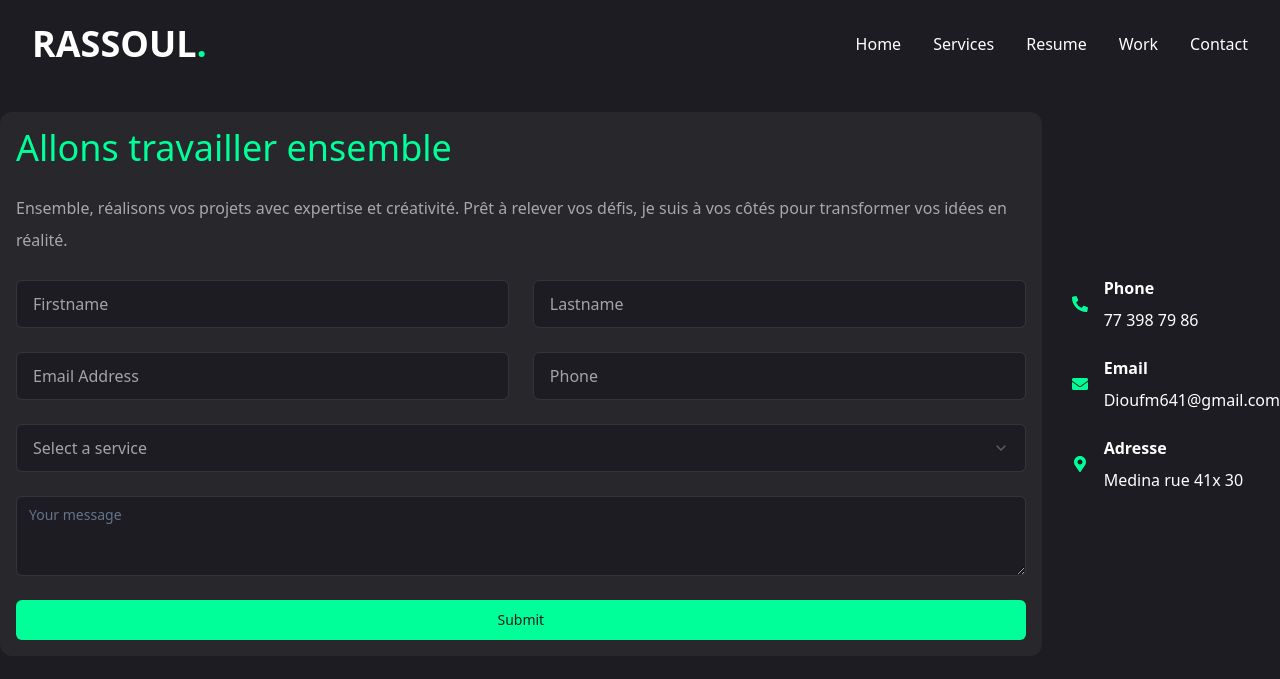
Repository: MDiouf9/portfolio2
Page: /contact
The author's editor kept a copy of each file at every save. The page is drawn from the files as they stood at one save, then again after the next save.
The browser window is 1280 px wide. The pictures show the whole page.
The project was rebuilt for these pictures with package versions that can differ from the ones it lists, and the page was loaded fresh each time. The framework's server and built-in components were replaced by stand-ins that run in the browser. Also part of the build but not shown: next.config.mjs.

Above is the page before, as saved 2024-10-16 00:03:22.

### src/app/contact/page.tsx
"use client"
import { Button } from '@/components/ui/button';
import { Input } from '@/components/ui/input';
import { Textarea } from '@/components/ui/textarea';
import {
  Select,
  SelectContent,
  SelectGroup,
  SelectItem,
  SelectLabel,
  SelectTrigger,
  SelectValue
} from '@/components/ui/select';
import { FaPhoneAlt, FaEnvelope, FaMapMarkerAlt } from 'react-icons/fa';
import { motion } from 'framer-motion';

const info = [
  {
    icon: <FaPhoneAlt />,
    title: 'Phone',
    description: '77 398 79 86'
  },
  {
    icon: <FaEnvelope />,
    title: 'Email',
    description: 'Dioufm641@gmail.com'
  },
  {
    icon: <FaMapMarkerAlt />,
    title: 'Adresse',
    description: 'Medina rue 41x 30'
  }
];

const Contact = () => {
  return (
    <motion.section
      initial={{ opacity: 0 }}
      animate={{
        opacity: 1,
        transition: { delay: 2.4, duration: 0.4, ease: 'easeIn' },
      }}
      className="py-6"
    >
      <div className="w-full">
        <div className="flex flex-col   xl:flex-row gap-[30px]">
          {/* Formulaire de contact */}
          <div className="  xl:h-[54%] order-2  xl:order-none ">
            <form className="flex flex-col justify-center gap-6 p-4 bg-[#27272c] rounded-xl ">
              <h3 className="text-4xl text-accent"> Allons travailler ensemble</h3>
              <p className="text-white/60">


Ensemble, réalisons vos projets avec expertise et créativité. Prêt à relever vos défis, je suis à vos côtés pour transformer vos idées en réalité.
              </p>
              <div className="grid grid-cols-1 md:grid-cols-2 gap-6">
                <Input type="text" placeholder="Firstname" />
                <Input type="text" placeholder="Lastname" />
                <Input type="email" placeholder="Email Address" />
                <Input type="tel" placeholder="Phone" />
              </div>
              <Select>
                <SelectTrigger className="w-full">
                  <SelectValue placeholder="Select a service" />
                </SelectTrigger>
                <SelectContent>
                  <SelectGroup>
                    <SelectLabel>Select a service</SelectLabel>
                    <SelectItem value="est">Web Development</SelectItem>
                    <SelectItem value="cst">Mobile Development</SelectItem>
                  </SelectGroup>
                </SelectContent>
              </Select>
              <Textarea className='h-[200px]:' placeholder="Your message" />
              <Button>Submit</Button>
            </form>
          </div>

          {/* Section avec les informations de contact */}
          <div className="flex-1 flex items-center xl:justify-end order-1 xl:order-none mb-8 xl:mb-0">
            <div className="space-y-4 text-white">
              {info.map((item, index) => (
                <div key={index} className="flex items-center space-x-4">
                  <div className="text-accent">{item.icon}</div>
                  <div>
                    <h4 className="font-bold">{item.title}</h4>
                    <p>{item.description}</p>
                  </div>
                </div>
              ))}
            </div>
          </div>
        </div>
      </div>
    </motion.section>
  );
};

export default Contact;

### src/components/Header.tsx
import Link from 'next/link';
import { Button } from './ui/button';
import React from 'react';
import Nav from './Nav';
import MobileNav from './MobileNav';

const Header = () => {
  return (
    <header className='bg-dark py-3 xl:py-6 text-white w-full'>
      {/* Wrapper pour le contenu du header */}
      <div className='flex items-center justify-between px-4 md:px-8'>
        {/* Logo */}
        <Link href="/">
          <h1 className='text-3xl md:text-4xl font-semibold'>
            RASSOUL<span className='text-accent'>.</span>
          </h1>
        </Link>

        {/* Menu de navigation pour les grands écrans */}
        <div className="hidden xl:flex items-center gap-8">
          <Nav />
          {/* <Link href="/Contact">
            <Button>Hire Me</Button>
          </Link> */}
        </div>

        {/* Menu mobile (uniquement visible sur petits écrans) */}
        <div className='xl:hidden'>
          <MobileNav />
        </div>
      </div>
    </header>
  );
};

export default Header;

### src/components/ui/button.tsx
import * as React from "react";
import { Slot } from "@radix-ui/react-slot";
import { cva, type VariantProps } from "class-variance-authority";

import { cn } from "@/lib/utils";

// Définit les variantes directement dans l'objet variants
const buttonVariants = cva(
  "inline-flex items-center justify-center whitespace-nowrap rounded-md text-sm font-medium ring-offset-white transition-colors focus-visible:outline-none focus-visible:ring-2 focus-visible:ring-slate-950 focus-visible:ring-offset-2 disabled:pointer-events-none disabled:opacity-50 dark:ring-offset-slate-950 dark:focus-visible:ring-slate-300",
  {
    variants: {
      variant: {
        default: "bg-accent text-primary hover:bg-accent-hover",
        outline: "border border-slate-300 text-slate-700 hover:bg-accent-hover",
      },
      size: {
        default: "h-10 px-4 py-2",
        sm: "h-9 rounded-md px-3",
        lg: "h-11 rounded-md px-8",
        icon: "h-10 w-10",
      },
    },
    defaultVariants: {
      variant: "default",
      size: "default",
    },
  }
);

// Interface ButtonProps
export interface ButtonProps
  extends React.ButtonHTMLAttributes<HTMLButtonElement>,
    VariantProps<typeof buttonVariants> {
  asChild?: boolean;
}

const Button = React.forwardRef<HTMLButtonElement, ButtonProps>(
  ({ className, variant, size, asChild = false, ...props }, ref) => {
    const Comp = asChild ? Slot : "button";
    return (
      <Comp
        className={cn(buttonVariants({ variant, size, className }))}
        ref={ref}
        {...props}
      />
    );
  }
);
Button.displayName = "Button";

export { Button, buttonVariants };

### src/components/ui/input.tsx
import * as React from "react"

import { cn } from "@/lib/utils"

export interface InputProps
  extends React.InputHTMLAttributes<HTMLInputElement> {}

const Input = React.forwardRef<HTMLInputElement, InputProps>(
  ({ className, type, ...props }, ref) => {
    return (
      <input
        type={type}
        className={cn( 'flex h-[48px] rounded-md border border-white/10 focus:border-accent font-light bg-primary px-4 py-5  text-base placeholder:text-white/60 outline-none',

          className
        )}
        ref={ref}
        {...props}
      />
    )
  }
)
Input.displayName = "Input"

export { Input }

### src/components/ui/textarea.tsx
import * as React from "react"

import { cn } from "@/lib/utils"

export interface TextareaProps
  extends React.TextareaHTMLAttributes<HTMLTextAreaElement> {}

const Textarea = React.forwardRef<HTMLTextAreaElement, TextareaProps>(
  ({ className, ...props }, ref) => {
    return (
      <textarea
        className={cn(
          "flex min-h-[80px] w-full rounded-md border border-white/10 bg-primary px-3 py-2 text-sm ring-offset-white placeholder:text-slate-500 focus-visible:outline-none focus-visible:ring-2 focus-visible:ring-accent focus-visible:ring-offset-2 disabled:cursor-not-allowed disabled:opacity-50 dark:border-slate-800 dark:bg-slate-950 dark:ring-offset-slate-950 dark:placeholder:text-slate-400 dark:focus-visible:ring-slate-300",
          className
        )}
        ref={ref}
        {...props}
      />
    )
  }
)
Textarea.displayName = "Textarea"

export { Textarea }

### src/components/ui/select.tsx
"use client"

import * as React from "react"
import * as SelectPrimitive from "@radix-ui/react-select"
import { Check, ChevronDown, ChevronUp } from "lucide-react"

import { cn } from "@/lib/utils"

const Select = SelectPrimitive.Root

const SelectGroup = SelectPrimitive.Group

const SelectValue = SelectPrimitive.Value

const SelectTrigger = React.forwardRef<
  React.ElementRef<typeof SelectPrimitive.Trigger>,
  React.ComponentPropsWithoutRef<typeof SelectPrimitive.Trigger>
>(({ className, children, ...props }, ref) => (
  <SelectPrimitive.Trigger
    ref={ref}
    className={cn(
      "flex h-[48px] w-full items-center justify-between rounded-md border border-white/10 bg-primary px-4 py-5 text-base text-white/60 placeholder:text-white/10 focus:outline-none focus:ring-2 focus:border-accent outline-none",
      className
    )}
    {...props}
  >
    {children}
    <SelectPrimitive.Icon asChild>
      <ChevronDown className="h-4 w-4 opacity-50" />
    </SelectPrimitive.Icon>
  </SelectPrimitive.Trigger>
))
SelectTrigger.displayName = SelectPrimitive.Trigger.displayName

const SelectScrollUpButton = React.forwardRef<
  React.ElementRef<typeof SelectPrimitive.ScrollUpButton>,
  React.ComponentPropsWithoutRef<typeof SelectPrimitive.ScrollUpButton>
>(({ className, ...props }, ref) => (
  <SelectPrimitive.ScrollUpButton
    ref={ref}
    className={cn(
      "flex cursor-default items-center justify-center py-1",
      className
    )}
    {...props}
  >
    <ChevronUp className="h-4 w-4" />
  </SelectPrimitive.ScrollUpButton>
))
SelectScrollUpButton.displayName = SelectPrimitive.ScrollUpButton.displayName

const SelectScrollDownButton = React.forwardRef<
  React.ElementRef<typeof SelectPrimitive.ScrollDownButton>,
  React.ComponentPropsWithoutRef<typeof SelectPrimitive.ScrollDownButton>
>(({ className, ...props }, ref) => (
  <SelectPrimitive.ScrollDownButton
    ref={ref}
    className={cn(
      "flex cursor-default items-center justify-center py-1",
      className
    )}
    {...props}
  >
    <ChevronDown className="h-4 w-4" />
  </SelectPrimitive.ScrollDownButton>
))
SelectScrollDownButton.displayName =
  SelectPrimitive.ScrollDownButton.displayName

const SelectContent = React.forwardRef<
  React.ElementRef<typeof SelectPrimitive.Content>,
  React.ComponentPropsWithoutRef<typeof SelectPrimitive.Content>
>(({ className, children, position = "popper", ...props }, ref) => (
  <SelectPrimitive.Portal>
    <SelectPrimitive.Content
      ref={ref}
      className={cn(
        "relative z-50 max-h-96 min-w-[8rem] overflow-hidden rounded-md border border-accent bg-primary text-white/60 shadow-md data-[state=open]:animate-in data-[state=closed]:animate-out data-[state=closed]:fade-out-0 data-[state=open]:fade-in-0 data-[state=closed]:zoom-out-95 data-[state=open]:zoom-in-95 data-[side=bottom]:slide-in-from-top-2 data-[side=left]:slide-in-from-right-2 data-[side=right]:slide-in-from-left-2 data-[side=top]:slide-in-from-bottom-2 dark:border-slate-800 dark:bg-slate-950 dark:text-slate-50",
        position === "popper" &&
          "data-[side=bottom]:translate-y-1 data-[side=left]:-translate-x-1 data-[side=right]:translate-x-1 data-[side=top]:-translate-y-1",
        className
      )}
      position={position}
      {...props}
    >
      <SelectScrollUpButton />
      <SelectPrimitive.Viewport
        className={cn(
          "p-1",
          position === "popper" &&
            "h-[var(--radix-select-trigger-height)] w-full min-w-[var(--radix-select-trigger-width)]"
        )}
      >
        {children}
      </SelectPrimitive.Viewport>
      <SelectScrollDownButton />
    </SelectPrimitive.Content>
  </SelectPrimitive.Portal>
))
SelectContent.displayName = SelectPrimitive.Content.displayName

const SelectLabel = React.forwardRef<
  React.ElementRef<typeof SelectPrimitive.Label>,
  React.ComponentPropsWithoutRef<typeof SelectPrimitive.Label>
>(({ className, ...props }, ref) => (
  <SelectPrimitive.Label
    ref={ref}
    className={cn("py-1.5 pl-8 pr-2 text-sm font-semibold", className)}
    {...props}
  />
))
SelectLabel.displayName = SelectPrimitive.Label.displayName

const SelectItem = React.forwardRef<
  React.ElementRef<typeof SelectPrimitive.Item>,
  React.ComponentPropsWithoutRef<typeof SelectPrimitive.Item>
>(({ className, children, ...props }, ref) => (
  <SelectPrimitive.Item
    ref={ref}
    className={cn(
      "relative flex w-full cursor-default select-none items-center rounded-sm py-1.5 pl-8 pr-2 text-sm outline-none focus:bg-accent focus:text-slate-900 data-[disabled]:pointer-events-none data-[disabled]:opacity-50 dark:focus:bg-slate-800 dark:focus:text-accent",
      className
    )}
    {...props}
  >
    <span className="absolute left-2 flex h-3.5 w-3.5 items-center justify-center">
      <SelectPrimitive.ItemIndicator>
        <Check className="h-4 w-4" />
      </SelectPrimitive.ItemIndicator>
    </span>

    <SelectPrimitive.ItemText>{children}</SelectPrimitive.ItemText>
  </SelectPrimitive.Item>
))
SelectItem.displayName = SelectPrimitive.Item.displayName

const SelectSeparator = React.forwardRef<
  React.ElementRef<typeof SelectPrimitive.Separator>,
  React.ComponentPropsWithoutRef<typeof SelectPrimitive.Separator>
>(({ className, ...props }, ref) => (
  <SelectPrimitive.Separator
    ref={ref}
    className={cn("-mx-1 my-1 h-px bg-slate-100 dark:bg-slate-800", className)}
    {...props}
  />
))
SelectSeparator.displayName = SelectPrimitive.Separator.displayName

export {
  Select,
  SelectGroup,
  SelectValue,
  SelectTrigger,
  SelectContent,
  SelectLabel,
  SelectItem,
  SelectSeparator,
  SelectScrollUpButton,
  SelectScrollDownButton,
}

### src/components/Nav.tsx
"use client"
import React from 'react'
import Link from 'next/link'
import { usePathname } from 'next/navigation'



const links =[
        {
            name: "Home",
            path: "/",
        },
        {
            name: "Services",
            path: "/Services",
        },
        {
            name: "Resume",
            path: "/Resume",
        },
        {
            name: "work",
            path: "/Work",
        },
        {
            name: "Contact",
            path: "/Contact",
        },
    ]
 const Nav = () => {
  const  pathname = usePathname();
  return (
    <nav className=' flex gap-8'>
        {links.map((link,index) => {
            return (
                <Link href={link.path} key={index} className={`${link.path === pathname && "text-accent border-b-2 border-accent"} capitalize font-medium hover:text-accent transition-all`}>
                    {link.name}
                </Link>
            );
        })}

    </nav>
  );
}
export default Nav

### src/components/MobileNav.tsx
"use client";
import React from 'react'
import {Sheet ,  SheetContent, SheetTrigger, } from '@/components/ui/sheet'
import { usePathname } from 'next/navigation';
import Link from 'next/link';
import {CiMenuFries} from "react-icons/ci"

const links =[
  {
    name: "Home",
    path: "/",
},
{
    name: "Services",
    path: "/Services",
},
{
    name: "Resume",
    path: "/Resume",
},
{
    name: "work",
    path: "/Work",
},
{
    name: "Contact",
    path: "/Contact",
},
]

const MobileNav = () => {
  const pathname = usePathname();
  return (
    <Sheet>
<SheetTrigger className='flex justify-center items-center'>
  <CiMenuFries  className=' text-[32px] text-accent'/>
</SheetTrigger>
<SheetContent  className='flex flex-col'>

     <div className=' mt-32 mb-40 text-center txt-2xl'>
     <h1> MOUHAMED<span className='text-accent'>.</span> <em className='text-accent'>DIOUF</em></h1>

     </div>
     <nav className='flex flex-col justify-center items-center gap-8'>
{links.map((link,index)=>{
  return (
    <Link href={link.path} key={index} className={`${link.path === pathname && "text-accent border-b-2 border-accent"} capitalize font-medium hover:text-accent transition-all`}>
      {link.name}


    </Link>
  )
})

}
     </nav>
     </SheetContent>
    </Sheet>
  )
}

export default MobileNav

### src/components/ui/sheet.tsx
"use client"

import * as React from "react"
import * as SheetPrimitive from "@radix-ui/react-dialog"
import { cva, type VariantProps } from "class-variance-authority"
import {IoMdClose} from 'react-icons/io'

import { cn } from "@/lib/utils"

const Sheet = SheetPrimitive.Root

const SheetTrigger = SheetPrimitive.Trigger

const SheetClose = SheetPrimitive.Close

const SheetPortal = SheetPrimitive.Portal

const SheetOverlay = React.forwardRef<
  React.ElementRef<typeof SheetPrimitive.Overlay>,
  React.ComponentPropsWithoutRef<typeof SheetPrimitive.Overlay>
>(({ className, ...props }, ref) => (
  <SheetPrimitive.Overlay
    className={cn(
      "fixed inset-0 z-50 bg-black/80  data-[state=open]:animate-in data-[state=closed]:animate-out data-[state=closed]:fade-out-0 data-[state=open]:fade-in-0",
      className
    )}
    {...props}
    ref={ref}
  />
))
SheetOverlay.displayName = SheetPrimitive.Overlay.displayName

const sheetVariants = cva(
  "fixed z-50 gap-4 bg-primary p-6 shadow-lg transition ease-in-out data-[state=open]:animate-in data-[state=closed]:animate-out data-[state=closed]:duration-300 data-[state=open]:duration-500 dark:bg-slate-950",
  {
    variants: {
      side: {
        top: "inset-x-0 top-0 border-b data-[state=closed]:slide-out-to-top data-[state=open]:slide-in-from-top",
        bottom:
          "inset-x-0 bottom-0 border-t data-[state=closed]:slide-out-to-bottom data-[state=open]:slide-in-from-bottom",
        left: "inset-y-0 left-0 h-full w-3/4  data-[state=closed]:slide-out-to-left data-[state=open]:slide-in-from-left sm:max-w-sm",
        right:
          "inset-y-0 right-0 h-full w-3/4   data-[state=closed]:slide-out-to-right data-[state=open]:slide-in-from-right sm:max-w-sm",
      },
    },
    defaultVariants: {
      side: "right",
    },
  }
)

interface SheetContentProps
  extends React.ComponentPropsWithoutRef<typeof SheetPrimitive.Content>,
    VariantProps<typeof sheetVariants> {}

const SheetContent = React.forwardRef<
  React.ElementRef<typeof SheetPrimitive.Content>,
  SheetContentProps
>(({ side = "right", className, children, ...props }, ref) => (
  <SheetPortal>
    <SheetOverlay />
    <SheetPrimitive.Content
      ref={ref}
      className={cn(sheetVariants({ side }), className)}
      {...props}
    >
      {children}
      <SheetPrimitive.Close className="absolute right-4 top-4 rounded-sm opacity-70 ring-offset-white transition-opacity hover:opacity-100 focus:outline-none focus:ring-2 focus:ring-slate-950 focus:ring-offset-2 disabled:pointer-events-none data-[state=open]:bg-slate-100 dark:ring-offset-slate-950 dark:focus:ring-slate-300 dark:data-[state=open]:bg-slate-800">
        <IoMdClose className="text-3xl text-accent" />
        <span className="sr-only">Close</span>
      </SheetPrimitive.Close>
    </SheetPrimitive.Content>
  </SheetPortal>
))
SheetContent.displayName = SheetPrimitive.Content.displayName

const SheetHeader = ({
  className,
  ...props
}: React.HTMLAttributes<HTMLDivElement>) => (
  <div
    className={cn(
      "flex flex-col space-y-2 text-center sm:text-left",
      className
    )}
    {...props}
  />
)
SheetHeader.displayName = "SheetHeader"

const SheetFooter = ({
  className,
  ...props
}: React.HTMLAttributes<HTMLDivElement>) => (
  <div
    className={cn(
      "flex flex-col-reverse sm:flex-row sm:justify-end sm:space-x-2",
      className
    )}
    {...props}
  />
)
SheetFooter.displayName = "SheetFooter"

const SheetTitle = React.forwardRef<
  React.ElementRef<typeof SheetPrimitive.Title>,
  React.ComponentPropsWithoutRef<typeof SheetPrimitive.Title>
>(({ className, ...props }, ref) => (
  <SheetPrimitive.Title
    ref={ref}
    className={cn("text-lg font-semibold text-slate-950 dark:text-slate-50", className)}
    {...props}
  />
))
SheetTitle.displayName = SheetPrimitive.Title.displayName

const SheetDescription = React.forwardRef<
  React.ElementRef<typeof SheetPrimitive.Description>,
  React.ComponentPropsWithoutRef<typeof SheetPrimitive.Description>
>(({ className, ...props }, ref) => (
  <SheetPrimitive.Description
    ref={ref}
    className={cn("text-sm text-slate-500 dark:text-slate-400", className)}
    {...props}
  />
))
SheetDescription.displayName = SheetPrimitive.Description.displayName

export {
  Sheet,
  SheetPortal,
  SheetOverlay,
  SheetTrigger,
  SheetClose,
  SheetContent,
  SheetHeader,
  SheetFooter,
  SheetTitle,
  SheetDescription,
}

Loaded but not shown: src/app/layout.tsx (common file); src/app/globals.css (common file); src/lib/utils.ts (common file); tailwind.config.ts (common file)

After the next save:
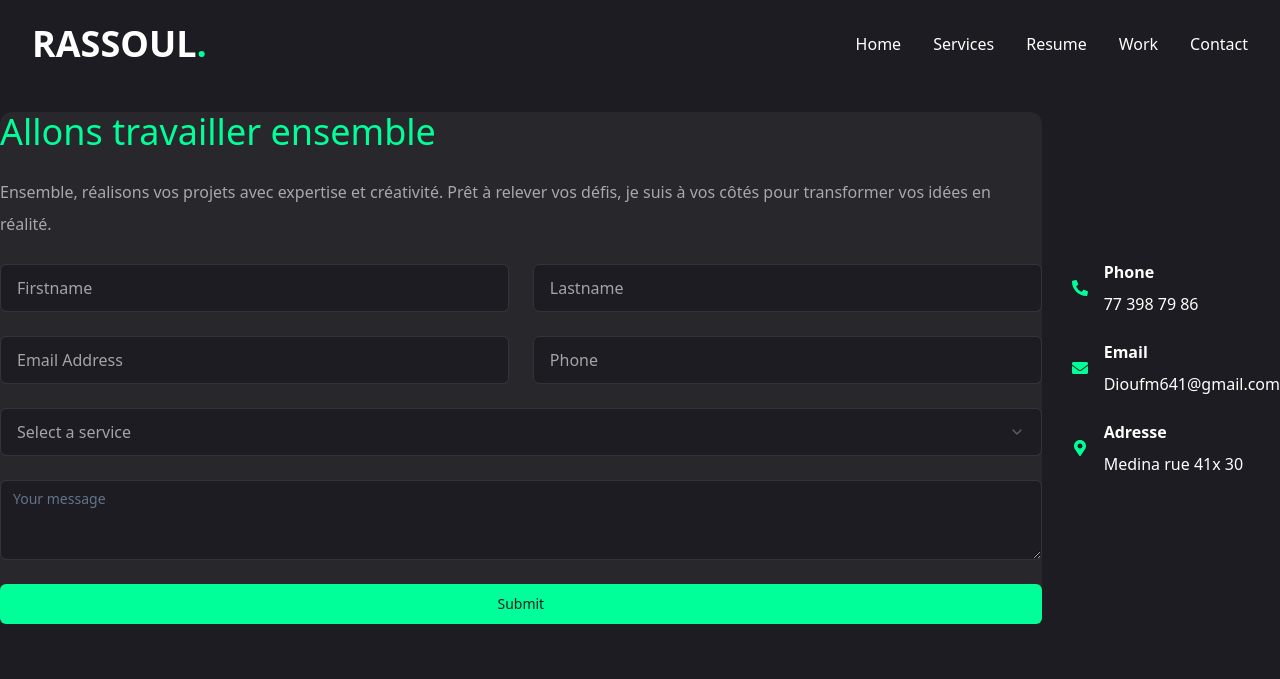
Saved 18 s later.
--- a/src/app/contact/page.tsx
+++ b/src/app/contact/page.tsx
@@ -46,7 +46,7 @@ const Contact = () => {
         <div className="flex flex-col   xl:flex-row gap-[30px]">
           {/* Formulaire de contact */}
           <div className="  xl:h-[54%] order-2  xl:order-none ">
-            <form className="flex flex-col justify-center gap-6 p-4 bg-[#27272c] rounded-xl ">
+            <form className="flex flex-col justify-center gap-6  bg-[#27272c] rounded-xl ">
               <h3 className="text-4xl text-accent"> Allons travailler ensemble</h3>
               <p className="text-white/60">
 
